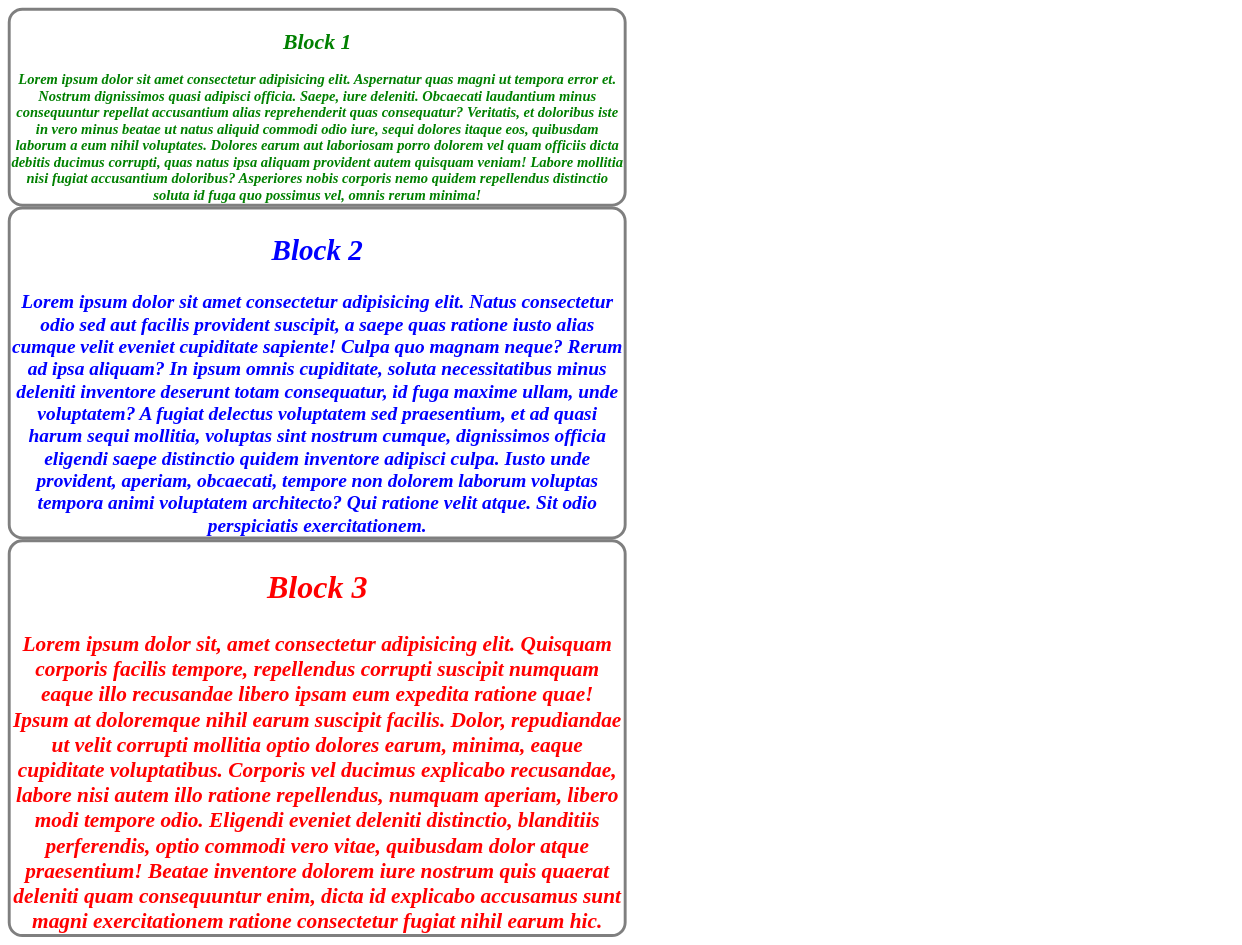
Repository: archangel88/elbrus_homework
Page: phase-0/week-3/day-3/css-fonts/index.html
These files come from the project's save history. The page is drawn as it stood at one moment and after the next save; the edit follows.
The browser window is 1280 px wide. The pictures show the whole page, at 97% of full size.

Above is the page before, as saved 2025-10-08 23:08:11.

### phase-0/week-3/day-3/css-fonts/index.html
<!DOCTYPE html>
<html lang="en">
<head>
    <meta charset="UTF-8">
    <meta name="viewport" content="width=device-width, initial-scale=1.0">
    <title>Document</title>
    <link rel="preconnect" href="https://fonts.googleapis.com">
<link rel="preconnect" href="https://fonts.gstatic.com" crossorigin>
<link href="https://fonts.googleapis.com/css2?family=IBM+Plex+Mono:ital,wght@0,100;0,200;0,300;0,400;0,500;0,600;0,700;1,100;1,200;1,300;1,400;1,500;1,600;1,700&display=swap" rel="stylesheet">
    <link rel="stylesheet" href="./style.css" />
</head>
<body>
   <div class="n1">
    <h2>
        Block 1
    </h2>
        Lorem ipsum dolor sit amet consectetur adipisicing elit. Aspernatur quas magni ut tempora error et. Nostrum dignissimos quasi adipisci officia. Saepe, iure deleniti. Obcaecati laudantium minus consequuntur repellat accusantium alias reprehenderit quas consequatur? Veritatis, et doloribus iste in vero minus beatae ut natus aliquid commodi odio iure, sequi dolores itaque eos, quibusdam laborum a eum nihil voluptates. Dolores earum aut laboriosam porro dolorem vel quam officiis dicta debitis ducimus corrupti, quas natus ipsa aliquam provident autem quisquam veniam! Labore mollitia nisi fugiat accusantium doloribus? Asperiores nobis corporis nemo quidem repellendus distinctio soluta id fuga quo possimus vel, omnis rerum minima!
   </div>
   <div class="n2">
    <h2>
        Block 2
    </h2>
        Lorem ipsum dolor sit amet consectetur adipisicing elit. Natus consectetur odio sed aut facilis provident suscipit, a saepe quas ratione iusto alias cumque velit eveniet cupiditate sapiente! Culpa quo magnam neque? Rerum ad ipsa aliquam? In ipsum omnis cupiditate, soluta necessitatibus minus deleniti inventore deserunt totam consequatur, id fuga maxime ullam, unde voluptatem? A fugiat delectus voluptatem sed praesentium, et ad quasi harum sequi mollitia, voluptas sint nostrum cumque, dignissimos officia eligendi saepe distinctio quidem inventore adipisci culpa. Iusto unde provident, aperiam, obcaecati, tempore non dolorem laborum voluptas tempora animi voluptatem architecto? Qui ratione velit atque. Sit odio perspiciatis exercitationem.
   </div>
   <div class="n3">
    <h2>
        Block 3
    </h2>
        Lorem ipsum dolor sit, amet consectetur adipisicing elit. Quisquam corporis facilis tempore, repellendus corrupti suscipit numquam eaque illo recusandae libero ipsam eum expedita ratione quae! Ipsum at doloremque nihil earum suscipit facilis. Dolor, repudiandae ut velit corrupti mollitia optio dolores earum, minima, eaque cupiditate voluptatibus. Corporis vel ducimus explicabo recusandae, labore nisi autem illo ratione repellendus, numquam aperiam, libero modi tempore odio. Eligendi eveniet deleniti distinctio, blanditiis perferendis, optio commodi vero vitae, quibusdam dolor atque praesentium! Beatae inventore dolorem iure nostrum quis quaerat deleniti quam consequuntur enim, dicta id explicabo accusamus sunt magni exercitationem ratione consectetur fugiat nihil earum hic.
   </div>
</body>
</html>

### phase-0/week-3/day-3/css-fonts/style.css
div {
    display: inline-block;
    text-align:center;
    width: 50%;
    border: 3px solid rgb(0,0,0,0.5);
    border-radius: 15px;
    vertical-align: top;
}

.n1{
    font-family: IBM, bottom;
    font-weight: 900;
    font-style: oblique;
    font-size: 15px;
    color: green;
}

.n2{
    font-family: IBM, bottom;
    font-weight: 900;
    font-style: oblique;
    font-size: 20px;
    color: blue;
}

.n3{
    font-family: IBM, bottom;
    font-weight: 900;
    font-style: oblique;
    font-size: 22px;
    color: red;
}

After the next save:
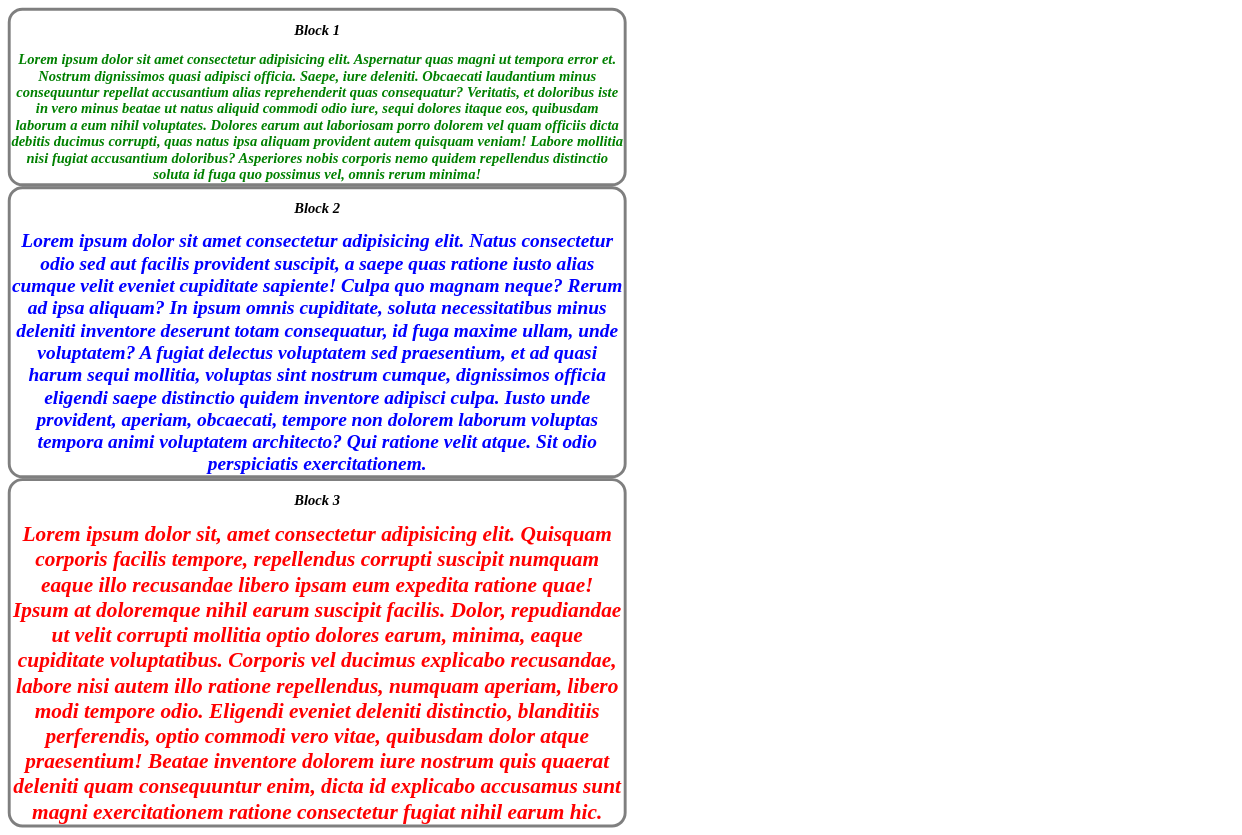
Saved 91 s later.
--- a/phase-0/week-3/day-3/css-fonts/style.css
+++ b/phase-0/week-3/day-3/css-fonts/style.css
@@ -15,6 +15,14 @@
     color: green;
 }
 
+h2{
+   font-family: IBM, bottom;
+    font-weight: 900;
+    font-style: oblique;
+    font-size: 15px;
+    color: black;
+}
+
 .n2{
     font-family: IBM, bottom;
     font-weight: 900;

After the save that followed:
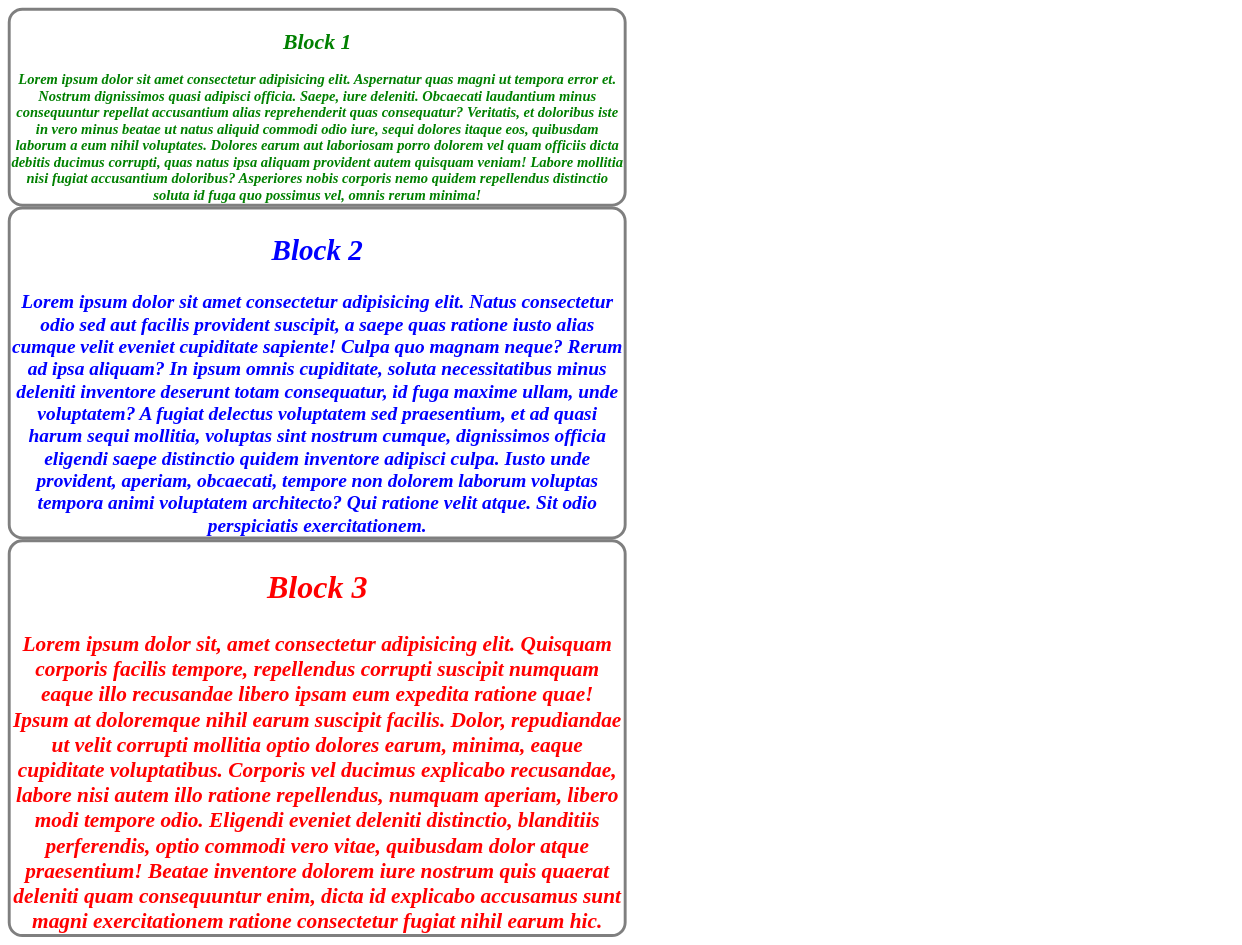
Saved 91 s later.
--- a/phase-0/week-3/day-3/css-fonts/style.css
+++ b/phase-0/week-3/day-3/css-fonts/style.css
@@ -15,7 +15,7 @@
     color: green;
 }
 
-h2{
+.n2__h2{
    font-family: IBM, bottom;
     font-weight: 900;
     font-style: oblique;
